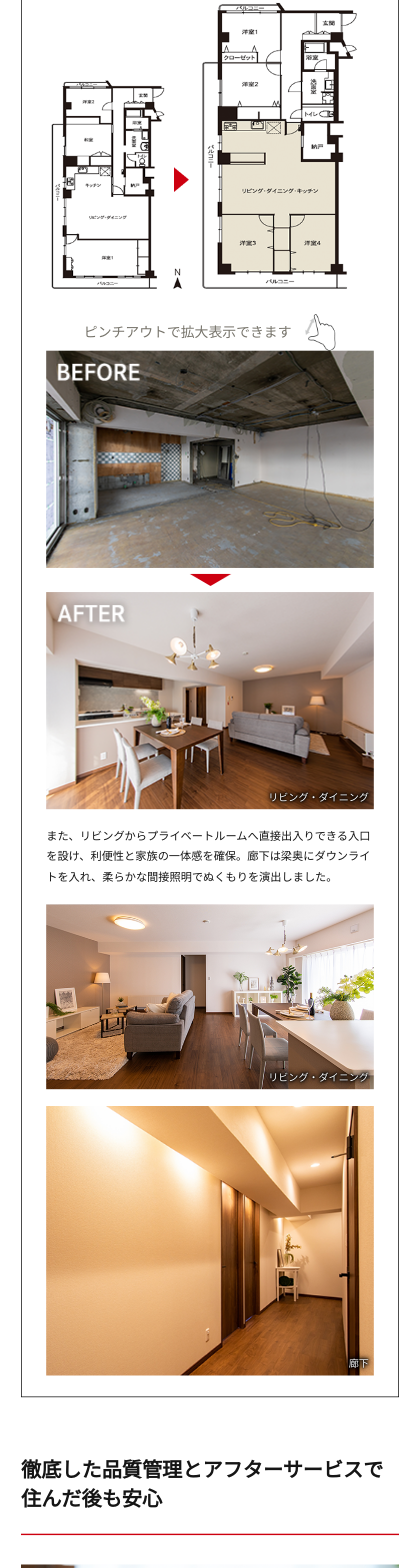
Repository: duongspm/group-kansai_new-data
Page: group-kansai_new/pickup/column07.html
An editor plug-in stored every save of this project. The page is shown before and after a run of saves, followed by the edit.
The browser window is 600 px wide. The pictures show the part of the page from y = 4260 to 6500 px (the page is 8536 px tall before and 8556 px after), at 70% of full size.

Above is the page before, as saved 2023-06-30 16:45:19.

After the next 3 saves:
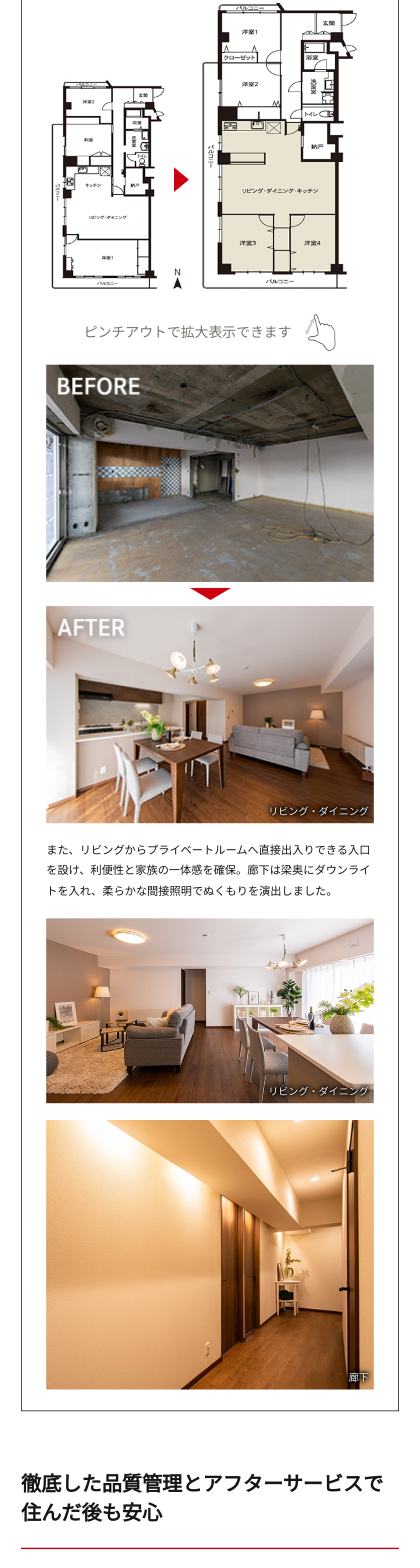
The 3 saves are shown as one change because they came seconds apart.
The last was saved 34 s later.
--- a/group-kansai_new/pickup/css/column.css
+++ b/group-kansai_new/pickup/css/column.css
@@ -267,4 +267,7 @@
         justify-content: center;
         align-items: center;
     }
-}
+    .column07-zoom{
+        padding-bottom: 20px;
+    }
+}
